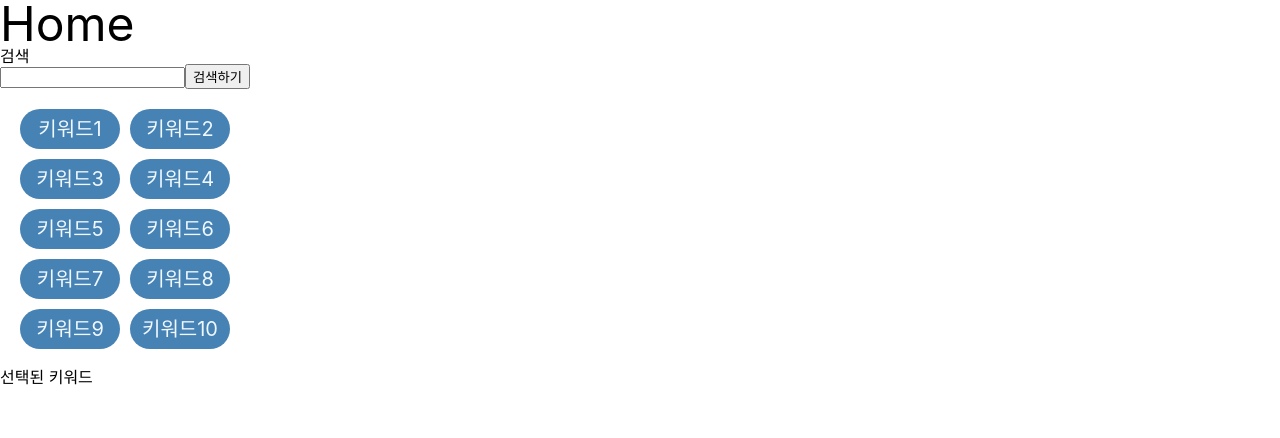
Repository: sunoo-lee/Star-Explore
Page: /
The author's editor kept a copy of each file at every save. The page is drawn from the files as they stood at one save, then again after the next save.
The browser window is 1280 px wide. The pictures show the whole page.
The project was rebuilt for these pictures with package versions that can differ from the ones it lists, and the page was loaded fresh each time.

Above is the page before, as saved 2022-10-14 03:56:00.

After the next save:
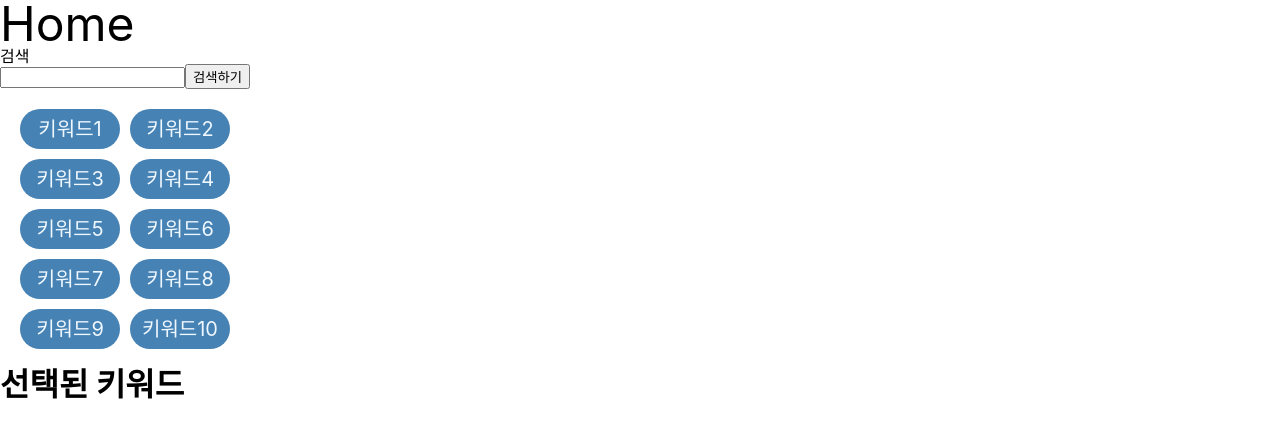
Saved 25 s later.
--- a/src/Style.css
+++ b/src/Style.css
@@ -41,7 +41,10 @@ h1 {
   background-color: steelblue;
   color: aliceblue;
 }
-
+h2 {
+  font-size: 2rem;
+  font-weight: 700;
+}
 .selected span {
   display: inline-block;
   font-size: 1.2rem;
